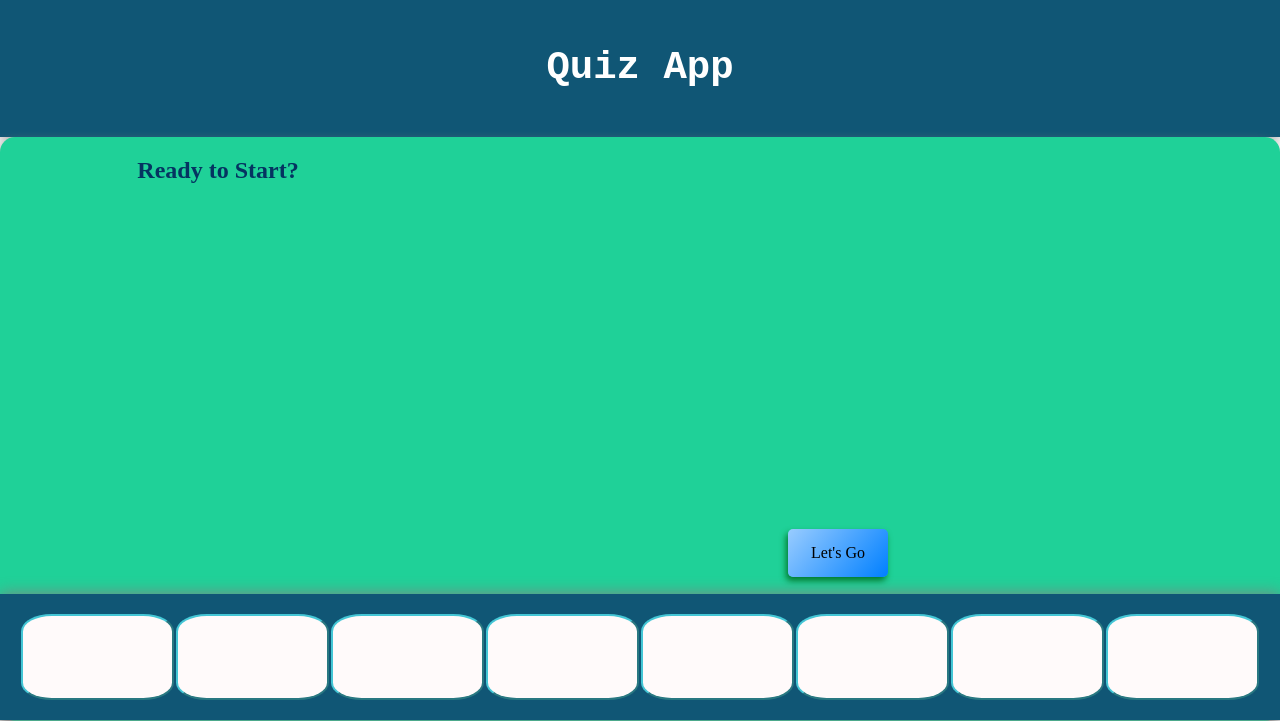
Repository: tpic12/quiz_app
Page: index.html
The author's editor kept a copy of each file at every save. The page is drawn from the files as they stood at one save, then again after the next save.
The browser window is 1280 px wide. The pictures show the whole page.

Above is the page before, as saved 2019-12-28 15:51:53.

### index.html
<!DOCTYPE html>
<html lang="en">

<head>
  <meta charset="UTF-8">
  <meta name="viewport" content="width=device-width, initial-scale=1.0">
  <meta http-equiv="X-UA-Compatible" content="ie=edge">
  <title>Quiz App</title>
  <link href="https://cdnjs.cloudflare.com/ajax/libs/normalize/8.0.1/normalize.min.css" rel="stylesheet"
    type="text/css" />
  <link href="app.css" rel="stylesheet" type="text/css" />
</head>

<body>
  <header>
    <section class='banner'>
      <h1>Quiz App</h1>
    </section>
  </header>
  <main class='display'>

  </main>
  <footer>
    <section class='counts'>
        <div class='count 0'></div>
        <div class='count 1'></div>
        <div class='count 2'></div>
        <div class='count 3'></div>
        <div class='count 4'></div>
        <div class='count 5'></div>
        <div class='count 6'></div>
        <div class='count 7'></div>
    </section>
  </footer>
  <script src="https://code.jquery.com/jquery-3.4.1.slim.js" crossorigin="anonymous"></script>
  <script src="app.js"></script>
</body>

</html>

### app.css
/* Your styles should be mobile-first and responsive */

/**
  * If you are unclear on how to utilize a mobile-first, responsive technique to write your CSS, here is an example:
  *
  * https://github.com/andreacardybailey/responsive_example/blob/master/styles/responsive-base.css
  *
*/
* {
  box-sizing: border-box;
  margin: 0 auto;
}

.banner h1 {
  font-family: monospace;
  font-size: 3em;
}

.banner,
footer {
  color: white;
  font-family: monospace;
  padding: 20px;
  width: 100%;
  text-align: center;
  background-color: hsl(198, 76%, 26%);
  box-shadow: 0px 0px 15px grey;
  border-bottom: none;
  left: 0;
}

.main_card {
  display: flex;
  min-width: 40vw;
  min-height: 40vh;
  text-align: center;
  justify-content: center;
  align-content: space-around;
  background-color: hsl(161, 74%, 47%);
  border-radius: 15px;
  padding: 20px;
  border: none;
  box-shadow: -2px 6px 12px grey;
}

button {
  margin: 30%;
  margin-bottom: 10%;
  background: linear-gradient(
    130deg,
    hsl(210, 100%, 80%),
    hsl(210, 100%, 70%),
    hsl(210, 100%, 60%),
    hsl(210, 100%, 50%)
  );
  border: none;
  max-width: 130px;
  min-width: 100px;
  border-radius: 5px;
  padding: 15px;
  box-shadow: -2px 4px 6px hsl(142, 98%, 24%);
}

.main_card > form#qForm {
  display: flex;
  flex-flow: column wrap;
  justify-content: center;
  text-align: center;
  margin: 0 auto;
  width: 60vw;
}

.main_card > h2 {
  justify-self: center;
  font-weight: bolder;
  color: hsl(210, 90%, 20%);
}

#qForm > div {
  margin-left: 5vw;
  margin-right: auto;
}

footer {
  position: fixed;
  bottom: 0;
  left: 0;
  max-height: 20vh;
}

.counts {
  display: flex;
  justify-content: space-evenly;
}

.count {
  border: 2px outset hsl(186, 63%, 55%);
  font-family: 'Gill Sans', 'Gill Sans MT', Calibri, 'Trebuchet MS', sans-serif;
  border-radius: 20%;
  flex-direction: row;
  width: 12vw;
  height: 12vh;
  background-color: hsl(0, 100%, 99%);
  padding: 15px;
  -webkit-border-radius: 20%;
  -moz-border-radius: 20%;
  -ms-border-radius: 20%;
  -o-border-radius: 20%;
}

h1 {
  font-family: sans-serif;
}

.green {
  background-color: green !important;
}

.red {
  background-color: red !important;
}

#snackbar > p {
  visibility: hidden;
  min-width: 15vw;

  color: #fff;
  text-align: center;
  align-content: flex-start;
  padding: 5px;
  position: absolute;
  z-index: 1;
  left: ;
  top: -30px;
}

#snackbar.show {
  visibility: visible;
  /-webkit-animation: fadein 0.5s, fadeout 0.5s 2.5s;
  animation: fadein 0.5s, fadeout 0.5s 2.5s;
}

@media screen and (max-width: 450px) {
  .main_card {
    flex-flow: row wrap;
    max-width: 90vw;
  }

  #qForm {
    font-size: 0.8em;
    padding: 5px !important;
    margin: 5px;
    flex-flow: column wrap !important;
  }
  #qForm > div {
    margin-left: 15px;
    margin-right: auto;
  }
  #qForm > input {
    display: inline-block !important;
  }

  #qForm > label {
    display: inline-block !important;
  }
  footer {
    height: 40vh;
    overflow: scroll;
  }
  .counts {
    flex-direction: column;
  }

  .count {
    width: 100%;
    margin: 5px;
    height: 20px;
    border: 1px solid aquamarine;
    border-radius: 0;
    -webkit-border-radius: 0;
    -moz-border-radius: 0;
    -ms-border-radius: 0;
    -o-border-radius: 0;
  }
}

### app.js
/**
 * Example store structure
 */
'use strict';

const STORE = {
  // 5 or more questions are required
  questions: [
    {
      question: 'How many items in a bakers dozen??',
      answers: ['11', '12', '13', '3'],
      correctAnswer: '13'
    },
    {
      question: 'What month is Oktoberfest held?',
      answers: ['September', 'October', 'Every Month', 'August'],
      correctAnswer: 'September'
    },
    {
      question: 'What color is an Orange Blossom?',
      answers: ['Red', 'Orange', 'Pink', 'White'],
      correctAnswer: 'White'
    },
    {
      question: 'Where did the Panama Hat originate?',
      answers: ['Ecuador', 'Panama', 'China', 'Cuba'],
      correctAnswer: 'Ecuador'
    },
    {
      question: 'What are toy marbles made from?',
      answers: ['Plastic', 'Quartz', 'Diamond', 'Glass'],
      correctAnswer: 'Glass'
    },
    {
      question: 'How many gallons are in a ten-gallon hat?',
      answers: [
        'Half a Gallon',
        'Ten-Gallons',
        'Three-Fourths of a Gallon',
        'Give-Gallon'
      ],
      correctAnswer: 'Three-Fourths of a Gallon'
    },
    {
      question: 'What is the biggest animal to ever live?',
      answers: ['Mammoth', 'T-Rex', 'Blue Whale', 'Brontosaurus'],
      correctAnswer: 'Blue Whale'
    },
    {
      question: 'Where is the red-bellied woodpecker predominately red?',
      answers: ['Head', 'Wings', 'Feet', 'Belly'],
      correctAnswer: 'Head'
    }
  ],
  questionNumber: 0,
  score: 0,
  quizStart: false
};

/**
 *
 * Your app should include a render() function, that regenerates
 * the view each time the store is updated. See your course
 * material, consult your instructor, and reference the slides
 * for more details.
 *
 * NO additional HTML elements should be added to the index.html file.
 *
 * You may add attributes (classes, ids, etc) to the existing HTML elements, or link stylesheets or additional scripts if necessary
 *
 */

/**
 * This function renders the quiz after you start, ...
 * answer a question, or restart the quiz
 */
function renderStartQuiz() {
  const mainCard = `<section class="main_card">
      <h2>Ready to Start?</h2>
      <button type='submit' id='start_quiz'>Let's Go</button>
    </section>`;

  $('.display').html(mainCard);

  $('.display').on('click', '#start_quiz', function(event) {
    event.preventDefault();
    STORE.quizStart = true;
    $('.main_card')
      .children()
      .remove();
    handleQuiz();
  });
}
/**
 * renders question one at a time depending on question number
 */
function renderQuestion() {
  if (
    STORE.questionNumber === STORE.questions.length &&
    STORE.questionNumber > 1
  ) {
    renderResults();
  } else {
    const qCard = `<h2>${STORE.questions[STORE.questionNumber].question}</h2>
    <form id="qForm">
<div>
        <input type='radio' name='answer' id='q1' value="${
          STORE.questions[STORE.questionNumber].answers[0]
        }"/><label for='q1' id='0'>${
      STORE.questions[STORE.questionNumber].answers[0]
    }</label>
</div>
<div>
        <input type='radio' name='answer' id='q2' value="${
          STORE.questions[STORE.questionNumber].answers[1]
        }"/><label for='q2' id='1'>${
      STORE.questions[STORE.questionNumber].answers[1]
    }</label></div>

    <div>
        <input type='radio' name='answer' id='q3' value="${
          STORE.questions[STORE.questionNumber].answers[2]
        }"/><label for='q3' id='2'>${
      STORE.questions[STORE.questionNumber].answers[2]
    }</label>
</div><div>
        <input type='radio' name='answer' id='q4' value="${
          STORE.questions[STORE.questionNumber].answers[3]
        }"/><label for='q4' id='3'>${
      STORE.questions[STORE.questionNumber].answers[3]
    }</label></div><br>
    <form>
    <button type='submit' id='submit_answer'>Final Answer</button>`;

    $('.main_card').html(qCard);
    $('input:checked').on('su');
    $('.main_card').on('click', '#submit_answer', function(event) {
      event.preventDefault();
      checkAnswer();
      //original next question spot

      $('.main_card')
        .children()
        .remove();

      handleQuiz();
    });
  }
}
/**
 * renders results page

 */

function generateResults(finalScore, numberOfQuestions) {
  return `<h2>You scored ${finalScore} out of ${numberOfQuestions}!</h2><button id='restart'>Restart Quiz</button>`;
}

/* Render results element with button that restarts the quiz*/
function renderResults() {
  let score = STORE.score;
  let num = STORE.questionNumber;

  $('.main_card').html(generateResults(score, num));
  $('#restart').click(function(event) {
    event.preventDefault();
    console.log('Restarting Quiz');

    STORE.questionNumber = 0;
    STORE.score = 0;
    $('.count')
      .removeClass('snackbar')
      .removeClass('red')
      .removeClass('green')
      .removeClass('show')
      .text('');
    renderStartQuiz();
  });
}

/**
 * this function checks the correctnes of the answer
 */
function checkAnswer() {
  let form = document.getElementById('qForm');
  let ans = form['answer'];
  for (let i = 0; i < ans.length; i++) {
    //is a button checked
    if (ans[i].checked) {
      //compare value of ans[i] to correct answer
      if (
        ans[i].value === STORE.questions[STORE.questionNumber].correctAnswer
      ) {
        scoreKeeper(true);
      } else {
        scoreKeeper(false);
      }
    }
  }
}

function generateAnswerSnackbar(questionAnswer) {
  return `<div class=.${STORE.questionNumber}>
              <p>Sorry, the correct answer is ${questionAnswer}</p>
          </div>`;
}

function scoreKeeper(bool) {
  if (bool === true) {
    console.log('plus 1 point');
    STORE.score++;
    $(`.${STORE.questionNumber}`)
      .addClass('green')
      .addClass('snackbar')
      .html(`<p>Correct!</p>`);
    $('section.main_card');
    console.log('next q!');
    STORE.questionNumber++;
  }
  if (bool === false) {
    console.log('no points for you');
    $(`.${STORE.questionNumber}`)
      .addClass('red')
      .addClass('snackbar')
      .html(
        generateAnswerSnackbar(
          STORE.questions[STORE.questionNumber].correctAnswer
        )
      );
    console.log('next q!');
    STORE.questionNumber++;
  }
}

function handleQuiz() {
  if (STORE.quizStart === false) {
    renderStartQuiz();
  } else {
    renderQuestion();
  }
}

$(handleQuiz);

After the next save:
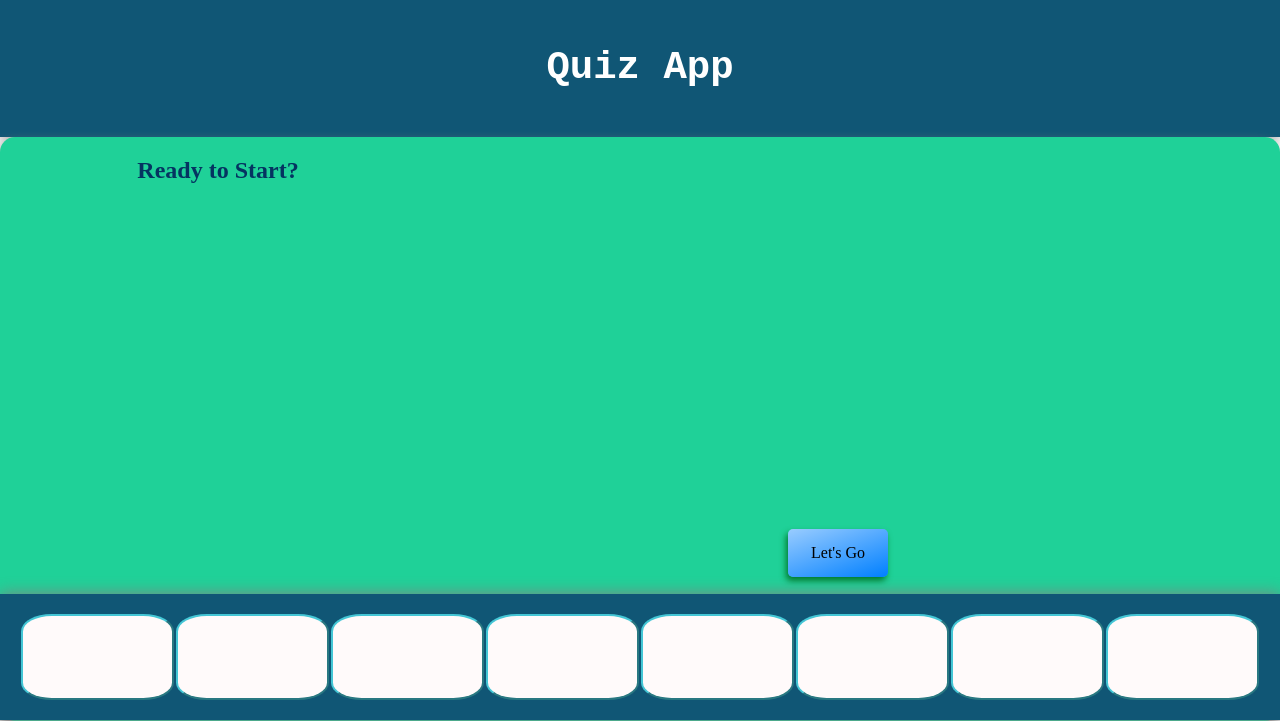
Saved 5 s later.
--- a/app.css
+++ b/app.css
@@ -47,7 +47,7 @@ button {
   margin: 30%;
   margin-bottom: 10%;
   background: linear-gradient(
-    130deg,
+    160deg,
     hsl(210, 100%, 80%),
     hsl(210, 100%, 70%),
     hsl(210, 100%, 60%),
